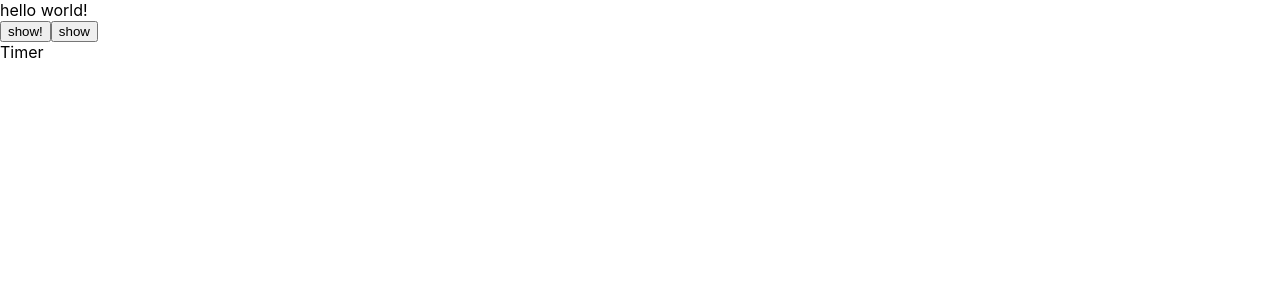
Repository: codest00001/cra-app_reactstudy
Page: /
These files come from the project's save history. The page is drawn as it stood at one moment and after the next save; the edit follows.
The browser window is 1280 px wide. The pictures show the whole page.
The project was rebuilt for these pictures with package versions that can differ from the ones it lists, and the page was loaded fresh each time.

Above is the page before, as saved 2024-09-10 15:40:55.

### src/index.js
import React from 'react'; //노드모듈안에 리액트가 있나보다하고 가져옴. 앞에 / 이런식의 경로 없으면 npm에서 설치된거구나하고생각.
import ReactDOM from 'react-dom/client';
import './index.css';
import App from './App';
//App.js에서 .js는 생략가능. 이렇게 불러와야 쓸 수 있음.
//아래에서 <APP />으로 사용
//app.js에서는 export해줘야함. 여기서는 임포트. 불러올 대상은 export마지막에 할 것.
import reportWebVitals from './reportWebVitals';

//index.html의 root를 가져옴.
//app.js로 가서 실행

const root = ReactDOM.createRoot(document.getElementById('root'));
root.render(
  //app.js로 가서 실행
  // <React.StrictMode>
    <App />
  // </React.StrictMode>
);

// If you want to start measuring performance in your app, pass a function
// to log results (for example: reportWebVitals(console.log))
// or send to an analytics endpoint. Learn more: https://bit.ly/CRA-vitals
reportWebVitals();

### src/App.js
import React, { useState, useEffect } from 'react';



function Timer(){

  const [show, setShow] = useState(false);

  setInterval(() =>{
    //비동기적으로 두번째 인자의 숫자(ms) 단위로 계속 코드를 반복시켜주는 함수.
    // setCount(count+1)
  console.log('interval')
  }, 1000)


  return(
    <>
    <div>Timer</div>
    </>
  )
}


function App() {
  const [show, setShow] = useState(true);

// 이 안에서는 if else while switch 같은 구문사용 불가능
// && || ? : 이건 가능.
// && 을 if else대신에 사용. 처음이 false면 뒤의 것 보지도 않음. and일때는 앞에 나온애가 false면 무조건 결과가 false일 것이기 때문.


// {show && <Timer />}를 삼항연산자 show ? <Timer />:'' 로도 사용가능.

  return (
    <>
    <div>hello world!</div>
    <button onClick={() => {setShow(!show)}}>show!</button>
    <button>show</button>

    {show && <Timer />}

    </>
  );
}

export default App;




// import React, { useState, useEffect } from 'react';

// function App() {
// const [count1, setCount1] = useState(0)
// const [count2, setCount2] = useState(0)

// useEffect(()=>{
//   console.log('매번')
// })

// useEffect(()=>{
//   console.log('최초만')
// },[])

// useEffect(()=>{
//   console.log('count1만')
// },[count1])

// useEffect(()=>{
//   console.log('count2만')
// },[count2])

// useEffect(()=>{
//   console.log('둘다')
// },[count1,count2])

// console.log('render')

//   return (
//     <div>
//      <button onClick={() => {setCount1(count1 +1)}}>count1!</button>{count1}
//      <br/>
//      <button onClick={() => {setCount2(count2 +1)}}>count2!</button>{count2}

//     </div>
//   );
// }

// export default App;


// import React, { useState } from 'react';

// function App() {
//   const [list, setList] = useState([
//     //list바뀔때마다 화면 리랜더링된다.장점이자 단점
//     //데이터베이스 데이터를 만들어보기
//     {
//       createdAt : new Date(),
//       title : '제목1 입니다',
//       content : '본문1 입니다'
//     },
//     {
//       createdAt : new Date(),
//       title : '제목2 입니다',
//       content : '본문2 입니다'
//     }
//   ]);

//   const [title, setTitle] = useState('');
//   const [content, setContent] = useState('');

//   const handleButtonClick = () => {
//     // 타이틀과 콘텐트를 가지고 {}를 똑같이 만들어서 list 뒤에다 추가하기
//     const obj = {
//       createdAt: new Date(),
//       title: title,
//       content: content
//     };

//     setList((prev) => {
//       return [obj, ...prev];
//     });

//     setTitle(''); // 입력 필드 초기화
//     setContent(''); // 입력 필드 초기화
//   };

//   return (
//     <div>
//       <input value={title} onChange={(e) => setTitle(e.target.value)} type="text"  />
//       <input value={content} onChange={(e) => setContent(e.target.value)} type="text"  />
//       <button onClick={handleButtonClick}>save</button>

//       {
//         list.map((item, index) => {
//           return (
//             <div >
//               {item.createdAt.toLocaleString()} / {item.title} / {item.content}
//             </div>
//           );
//         })
//       }
//     </div>
//   );
// }

// export default App;

Loaded but not shown: public/index.html (common file); src/index.css (common file); src/reportWebVitals.js (common file)

After the next save:
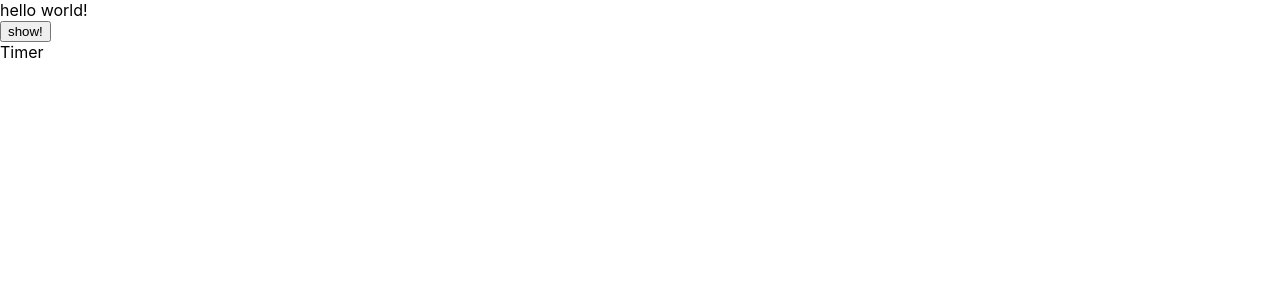
Saved 18 s later.
--- a/src/App.js
+++ b/src/App.js
@@ -35,7 +35,7 @@ function App() {
     <>
     <div>hello world!</div>
     <button onClick={() => {setShow(!show)}}>show!</button>
-    <button>show</button>
+
 
     {show && <Timer />}
 
